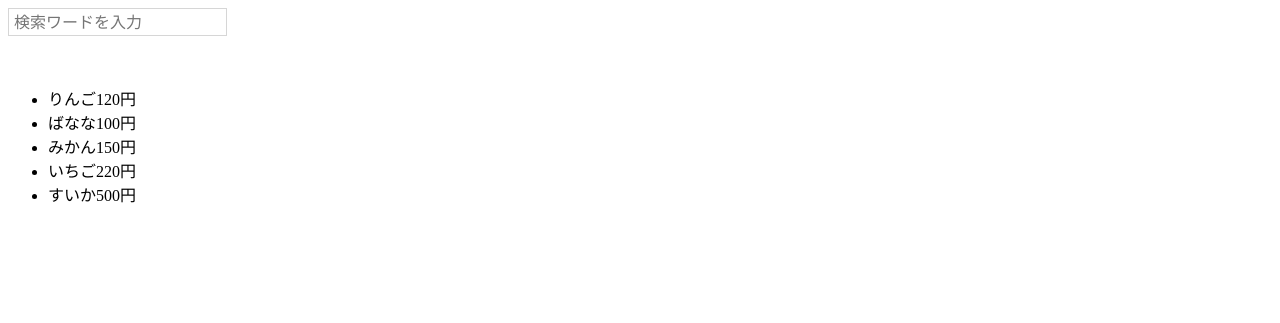
Repository: 92hisa/js-realtimeFilter
Page: index.html
The author's editor kept a record of every edit. The page is drawn from the files as they stood at one moment, then again after the next edit.
The browser window is 1280 px wide. The pictures show the whole page.

Above is the page before.

After the next edit:
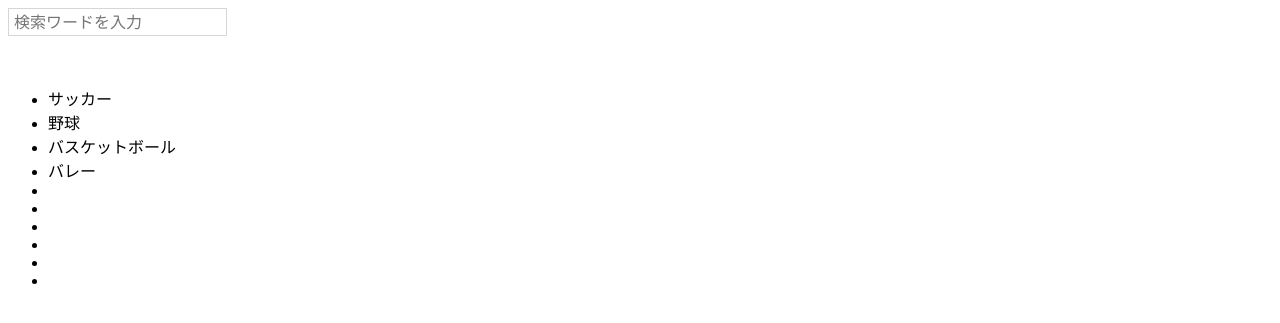
The edit:
--- a/index.html
+++ b/index.html
@@ -19,11 +19,16 @@
     </div>
 
     <ul class="target-area">
-      <li>りんご120円</li>
-      <li>ばなな100円</li>
-      <li>みかん150円</li>
-      <li>いちご220円</li>
-      <li>すいか500円</li>
+      <li>サッカー</li>
+      <li>野球</li>
+      <li>バスケットボール</li>
+      <li>バレー</li>
+      <li></li>
+      <li></li>
+      <li></li>
+      <li></li>
+      <li></li>
+      <li></li>
     </ul>
 
 <script src="https://ajax.googleapis.com/ajax/libs/jquery/3.5.1/jquery.min.js"></script>
